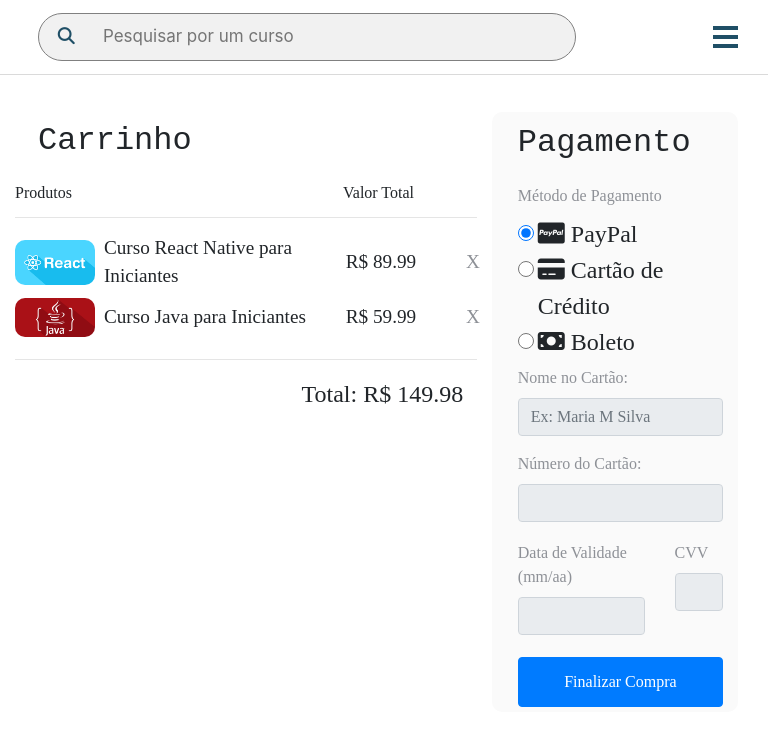
Repository: dudualtmann/Wissen
Page: Projeto Final2/WebContent/checkout.html
These files come from the project's save history. The page is drawn as it stood at one moment and after the next save; the edit follows.
The browser window is 768 px wide. The pictures show the whole page.
Some web fonts or font styles are not loaded; a fallback is used. Some web libraries are served in a nearby version.

Above is the page before, as saved 2021-01-30 06:51:42.

### Projeto Final2/WebContent/checkout.html
<!doctype html>
<html lang="pt-br">
  <head>
    <title>Wissen | Checkout</title>
    <!-- Required meta tags -->
    <meta charset="ISO-8859-1">
    <meta name="viewport" content="width=device-width, initial-scale=1, shrink-to-fit=no">
    <link href="https://fonts.googleapis.com/css2?family=Bree+Serif&display=swap" rel="stylesheet">
    <link href="https://fonts.googleapis.com/css2?family=Big+Shoulders+Inline+Display:wght@600&display=swap" rel="stylesheet">
    <link rel="preconnect" href="https://fonts.gstatic.com">
    <link href="https://fonts.googleapis.com/css2?family=Major+Mono+Display&display=swap" rel="stylesheet">
    <link rel="stylesheet" href="css/style.css">
    <link rel="stylesheet" href="css/checkout.css">
    <script src="https://kit.fontawesome.com/b1b1442df1.js" crossorigin="anonymous"></script>
    <!-- Bootstrap CSS -->
    <link rel="stylesheet" href="https://stackpath.bootstrapcdn.com/bootstrap/4.3.1/css/bootstrap.min.css" integrity="sha384-ggOyR0iXCbMQv3Xipma34MD+dH/1fQ784/j6cY/iJTQUOhcWr7x9JvoRxT2MZw1T" crossorigin="anonymous">
  </head>
  <body>

    <header class="header-wissen">
        <nav class="menu-topo-wissen row">
        <div class="wis-menu col-sm-2">
            <a class="logo-wissen-a" href="index.html" title="Wissen - A Plataforma do Conhecimento">
                <img class="logo-wissen" src="images/labelwissen.png" alt="WISSEN">
            </a>
        </div>

        <nav class="menu-itens col-sm-6">
            <span class="nav-item"><a href="#">Categorias</a></span>
            <span class="span-search">
                <input type="text" placeholder="Pesquisar por um curso">
                <button type="submit"><i class="fa fa-search"></i></button>
            </span>
        </nav>

        <div class="login-box col-sm-4 pr-5">
            <a class="btn-cart" href="#" role="button" ><i class="fas fa-shopping-cart"></i></a>
            <a class="btn-heart" href="#" role="button" ><i class="fas fa-heart"></i></a>
            <a class="btn-cursos" href="#" role="button" >Meus Cursos</a>
            <a href="#"><i class="fas fa-user link-login-wissen login-svg" ></i></a>
        </div>
    </nav>
    <!-- Mobile -->
    <nav class="nav-mobile">


        <span class="span-search">
            <input type="text" placeholder="Pesquisar por um curso">
            <button type="submit"><i class="fa fa-search"></i></button>
        </span>



        <div class="burger">
            <div class="line1"></div>
            <div class="line2"></div>
            <div class="line3"></div>
        </div>

        <ul class="nav-links">
            <li class="nav-li1"><a href="#">Categorias</a></li>
            <li ><a class="btn-cart" href="#" role="button" ><i class="fas fa-shopping-cart"></i></a></li>
            <li ><a class="btn-heart" href="#" role="button" ><i class="fas fa-heart"></i></a></li>
            <li ><a class="btn-cursos" href="#" role="button" >Meus Cursos</a></li>
            <li><a href="#"><i class="fas fa-user link-login-wissen login-svg"></i></a></li>
            <li><a class="logo-wissen-a" href="home.html" title="Wissen - A Plataforma do Conhecimento">
                <img class="logo-wissen" src="images/labelwissen.png" alt="WISSEN">
            </a></li>
        </ul>
    </nav>
    </header>

    <main class="container-fluid">
        <form action="SvCadastroPedido" method="POST">
            <input type="hidden" name="id_cursos" id="id_cursos" value="">
            <input type="hidden" name="total-price" id="total-price" value="">

        <section class="row main-section">

        <div class="col-md-8 left-col">
            <p class="p-title">Carrinho</p>
            <div class="divider">
                <div class="div-products">
                    <div class="row labels">
                        <p class="col-md-8">Produtos</p>
                        <p class="col-md-4">Valor Total</p>
                    </div>
                    <hr>

                    <div class="courses row align-items-center">
                        <div class="col-md-8 item">
                            <img src="images/react.png" alt="">
                            <div class="p-text">Curso React Native para Iniciantes</div>
                        </div>
                        <div class="col-md-3">
                            <div class="p-text">R$ 89.99</div>
                        </div>
                        <div class="col-md-1"><button class="btn-x">X</button></div>
                        <input type="hidden" class="id-curso" value="2">
                    </div>

                    <div class="courses row align-items-center">
                        <div class="col-md-8 item">
                            <img src="images/java.png" alt="">
                            <div class="p-text">Curso Java para Iniciantes</div>
                        </div>
                        <div class="col-md-3">
                            <div class="p-text">R$ 59.99</div>
                        </div>
                        <div class="col-md-1"><button class="btn-x">X</button></div>
                        <input type="hidden" class="id-curso" value="1">
                    </div>

                    <hr>
                    <div class="total">
                        <p class="total-price">Total: R$ <span id="preco-total">149.98</span></p>
                    </div>

                </div>
            </div>
        </div>

        <div class="col-md-4 right-col">
            <p class="p-title">Pagamento</p>
            <div class="div-checkout">
                <label class="l-text">Método de Pagamento</label>
                <div class="form-check">
                    <label class="form-check-label">
                    <input type="radio" class="form-check-input" name="payment-method" id="" value="PayPal" checked>
                    <i class="fab fa-cc-paypal"></i> PayPal
                  </label>
                </div>
                <div class="form-check">
                    <label class="form-check-label">
                    <input type="radio" class="form-check-input" name="payment-method" id="" value="Cartão de Crédito">
                    <i class="fas fa-credit-card"></i> Cartão de Crédito
                  </label>
                </div>
                <div class="form-check">
                    <label class="form-check-label">
                    <input type="radio" class="form-check-input" name="payment-method" id="" value="Boleto">
                    <i class="fas fa-money-bill"></i> Boleto
                  </label>

                </div>
                <div class="form-group first-input">
                    <label class="l-text">Nome no Cartão:</label>
                    <input type="text"
                      class="form-control" name="name" id="" aria-describedby="helpId" placeholder="Ex: Maria M Silva" disabled>
                </div>
                <div class="form-group">
                    <label class="l-text">Número do Cartão:</label>
                    <input type="text"
                      class="form-control" name="name" id="" aria-describedby="helpId" placeholder="" disabled>
                </div>

                <div class="row">
                  <div class="form-group col-md-8">
                    <label class="l-text">Data de Validade (mm/aa)</label>
                    <input type="text"
                        class="form-control" name="" id="" aria-describedby="helpId" placeholder="" disabled>
                  </div>
                  <div class="form-group col-md-4">
                    <label class="l-text">CVV</label>
                    <input type="number"
                        class="form-control" name="" id="" aria-describedby="helpId" placeholder="" disabled>
                  </div>
                </div>

                <input name="" id="" class="btn btn-primary btn-finalizar" type="submit" value="Finalizar Compra">
            </div>
        </div>

    </section>
    </form>
    </main>





    <!-- Optional JavaScript -->

    <script src="https://ajax.googleapis.com/ajax/libs/jquery/3.5.1/jquery.min.js"></script>


    <!-- jQuery first, then Popper.js, then Bootstrap JS -->
    <script src="https://code.jquery.com/jquery-3.3.1.slim.min.js" integrity="sha384-q8i/X+965DzO0rT7abK41JStQIAqVgRVzpbzo5smXKp4YfRvH+8abtTE1Pi6jizo" crossorigin="anonymous"></script>
    <script src="https://cdnjs.cloudflare.com/ajax/libs/popper.js/1.14.7/umd/popper.min.js" integrity="sha384-UO2eT0CpHqdSJQ6hJty5KVphtPhzWj9WO1clHTMGa3JDZwrnQq4sF86dIHNDz0W1" crossorigin="anonymous"></script>
    <script src="https://stackpath.bootstrapcdn.com/bootstrap/4.3.1/js/bootstrap.min.js" integrity="sha384-JjSmVgyd0p3pXB1rRibZUAYoIIy6OrQ6VrjIEaFf/nJGzIxFDsf4x0xIM+B07jRM" crossorigin="anonymous"></script>
    <script src="js/nav.js"></script>
    <script src="js/checkout.js"></script>

  </body>
</html>

### Projeto Final2/WebContent/css/style.css
/* style.css */

/* --- Header ---- */

.menu-topo-wissen{
    width: 100%;
}

.logo-wissen{
    margin-left: 25px;
    width: 170px;
}

.header-wissen{
    height: 75px;
    position: fixed;
    top: 0;
    z-index: 120;
    background-color: #fff;
    width: 100%;
    display: flex;
    align-items: center;
    padding: 0;
    border-bottom: 1px solid #dadada;
    box-sizing: border-box;
}

.login-box{
    display: flex;
    flex: 0 0 auto;
    align-items: center;
    justify-content: flex-end;
}

.login-svg{
    width: 30px;
}

.btn-cadastrar{
    background: #D9E7EE;
    right: 25px;
    color: #1F4F66;
    top: 18px;
    padding: 13px 20px;
    border-radius: 26px;
    font-weight: 600;
    margin-right: 10px;
    cursor: pointer;
    text-decoration: none;
}

.menu-itens{
    display: flex;
    justify-content: flex-start;
    align-items: center;
    font-family: 'Bree Serif', serif;
}

.menu-itens span a{
    text-decoration: none;
    color: #1F4F66;
    font-size: 1.4rem;
}

.menu-itens span a:hover{
    color: #1f50669a;
}

.nav-item{
    margin-left: 5%;
}

.burger{
    display: none;
}

.burger div{
    width: 25px;
    height: 4px;
    background-color:  #1F4F66;
    margin: 5px;
}

.nav-links{
    font-family: 'Bree Serif', serif;
    list-style: none;
    color: #1F4F66;
    font-size: 1.4rem;
    display: none;
}

.nav-links a{
    color: #1F4F66;
    text-decoration: none;
}

.nav-links a:hover{
    color: #1f50669a;
    text-decoration: none;
}

.nav-mobile{
    display: none;
}

/* CSS da NAV de quanto está logado */

.btn-cart{
    color: #1F4F66;
    font-size: 25px;
    padding: 13px 20px;

}

.btn-heart{
    color: #1F4F66;
    font-size: 25px;
    padding: 13px 20px;
    border-radius: 26px;
    margin-right: 20px;
}

.login-box a:hover{
    color:  #1f50669a;
}

.span-search {
    border: 1px solid grey;
    background: #f1f1f1;
    border-radius: 25px;
    width: 100%;
    margin-left: 5%;
}

.span-search input{
    padding: 10px;
    font-size: 17px;
    border: none;
    width: 90%;
    background: transparent;
    outline: none;
}

.span-search button {
    width: 10%;
    padding: 10px;
    float: left;
    background-color: transparent;
    border: none;
    text-decoration: none;
    color: #1F4F66;
    font-size: 17px;
    border-left: none; /* Prevent double borders */
    cursor: pointer;
}

.btn-cursos{
    font-family: 'Bree Serif', serif;
    text-decoration: none;
    color: #1F4F66;
    font-size: 1.4rem;
    margin-right: 5%;
}

.btn-cursos:hover{
    text-decoration: none;
    color:  #1f50669a;
}

.login-svg{
    color: #1F4F66; font-size: 30px;

}

.cart-number{
    position: absolute;
    text-align: center;
    font-family: 'Bree Serif', serif;
    top: 15px;
    right: 327px;
    background-color: red;
    width: 20px;
    border-radius: 80%;
}

/* Footer */

.footer-wissen{
    width: 100vw;
    background-color: rgb(241, 241, 241);
}

.footer-slogan h1{
    color: black;
    font-family: 'Bree Serif', serif;
    font-size: 24px;
    font-weight: 600;
    line-height: 1.88;
}

.copyright p{
    color:  rgba(121, 121, 121, 0.7);
    font-family: Inter;
    font-size: 1.3rem;
    font-weight: 300;
}



@media screen and (max-width:848px){

    .nav-mobile{
        display: flex;
        justify-content: space-around;
        align-items: center;
    }

    .wis-menu{
        position: absolute;
        left: 0;
    }

    .menu-topo-wissen .wis-menu,.menu-topo-wissen .menu-itens, .menu-topo-wissen .login-box{
        display: none;
    }

    .burger{
        display: block;
        margin-right: 25px;
        cursor: pointer;
    }

    .nav-links{
        display: flex;
        position: absolute;
        right: 0px;
        height: 110vh;
        top: 75px;
        background-color:#fff;
        flex-direction: column;
        align-items: center;
        width: 100%;
        transition: transform 0.5s ease-in;
        transform: translateX(100%);
    }

    .nav-links li{
        padding: 20px;
        opacity: 0;
    }

    .nav-li1{
        margin-top: 20px;
    }

    .login-box{
        margin-left: 40%;
    }

    .span-search input{
        width: 80%;
    }

    .span-search{
        width: 70%;
        position: absolute;
        left: 0;
    }

    .btn-heart{
        margin-right: 0;
    }

    .btn-cursos{
        margin-right: 0;
    }



}

.nav-active{
    transform: translateX(0%);
}

@keyframes navLinkFade{
    from{
        opacity: 0;
        transform: translateX(50px);
    }
    to{
        opacity: 1;
        transform: translateX(0px);
    }
}

### Projeto Final2/WebContent/css/checkout.css
/* checkout.css */

*{
    margin: 0px;
    padding: 0px;
    box-sizing: border-box;
    text-decoration: none;

}

.main-section{
    margin-top: 75px;
    width: 100%;
    height: 100%;
}

.p-title{
    margin-top: 1%;
    font-size: 2.0rem;
    margin-left: 5%;
    font-family: 'Major Mono Display', monospace;
}

.left-col,.right-col{
    margin-top: 5%;
    height: 600px;
}

/* Left-col */

.div-products{
    font-family: 'Bree Serif', serif;
    width: 85%;
}

.labels{
    height: 20px;
}

.divider{
    width: 100%;
    margin-top: 3%;
    display: flex;
    justify-content: center;
}

.courses{
    margin-top: 2%;
    height: 50px;
}

.btn-x{
    background-color: #FFFFFF;
    border: none;
    width: 100%;
    font-size: 1.2rem;
    color: #8E9197;
}

.btn-x:hover{
    color: #c4c4c5;
}

.p-text{
    font-size: 1.2rem;
    margin-left: 3%;
}

.item{
    display: flex;
    align-items: center;
}

.item img{
    width: 80px;
    border-radius: 10px;
}

.total{
    display: flex;
    width: 100%;
    justify-content: flex-end;
}

.total-price{
    margin-right: 3%;
    font-size: 1.5rem;
}

/* Right-col */

.right-col{
    background-color: #FAFAFA;
    padding: 5px;
    border-radius: 10px;
}

.div-checkout{
    margin-top: 8%;
    margin-left: 5%;
    font-family: 'Bree Serif', serif;
}

.l-text{
    font-family: 'Bree Serif', serif;
    font-size: 1.0rem;
    color: #8E9197;
}

.form-check-label{
    font-size: 1.5rem;
}

.form-check-input{
    height: 1.5rem;
    width: 1rem;
}

.form-group{
    margin-top: 1%;
}

.first-input{
    margin-top: 3%;
}

.btn-finalizar{
    margin-top: 3%;
    width: 100%;
    height: 50px;
}

@media screen and (max-width: 768px){
	.div-products{
    width: 100%;
}
	}

### Projeto Final2/WebContent/js/nav.js
// nav.js
const navSlide = () =>{
    const burger = $('.burger').get(0);
    const nav = $('.nav-links').get(0);
    const navLinks = document.querySelectorAll('.nav-links li');
    const navLinks2 = $('nav-links li');


    burger.addEventListener('click', () => {
        // Toggle Nav
        nav.classList.toggle('nav-active');
        // Animated Links
        navLinks.forEach((link,index) => {
        if(link.style.animation){
            link.style.animation = '';
        }
        else{
            link.style.animation =  `navLinkFade 0.5s ease forwards ${index/5+0.5}s`;
        }

    });
    });

    $(document).on('click', '.nav-links li a', function(){
        // Toggle Nav
        nav.classList.toggle('nav-active');
        // Animated Links
        navLinks.forEach((link,index) => {
        if(link.style.animation){
            link.style.animation = '';
        }
        else{
            link.style.animation =  `navLinkFade 0.5s ease forwards ${index/5+0.5}s`;
        }

    });
    })





}

navSlide();

### Projeto Final2/WebContent/js/checkout.js
// checkout.js

$(document).ready(function(){
    var divCursos = $(".id-curso");
    let idCursos = "";



    for(i = 0; i < divCursos.length;i++){
        if(divCursos.eq(i).val() != undefined){
            if(i >= 1)
            idCursos += "," + divCursos.eq(i).val();
            else
            idCursos = divCursos.eq(0).val();
        }

    }

$('#id_cursos').val(idCursos);

$('#total-price').val($('#preco-total').text());

})

var carrinho = $('.cart-number').text();

$(document).on('click', '.btn-x', function() {
    let id = $(this).parent().parent().find("input").val();
    let parentDiv = $(this).parent().parent();
    let coursePrice = $(this).parent().parent().find(".col-md-3 .p-text .course-price").text();
    $.ajax({url:"SvRemoveCarrinho", data: {idCurso:id},type: "post", success: function(responseText) {
        if(responseText == "ok"){
            // Curso removido do carrinho com sucesso
            carrinho -= 1;
            $('.cart-number').text(carrinho).show();

            console.log(coursePrice + " Course-price");
            let totalPrice = $('#total-price').val();
            console.log(totalPrice + " total price");
            totalPrice -= coursePrice;
            $('#total-price').val(totalPrice);
            $('#preco-total').text(totalPrice)
            parentDiv.remove();
        } else{
            // Erro ao adicionar curso no carrinho
            alert('erro: '+responseText);
        }

    }});
});

$(document).on('change', "#credit-card",function(){
	if($(this).prop("checked")){
		$('.card-info').prop("disabled",false);
	}
});

$(document).on('change', '#paypal, #boleto',function(){
	if($(this).prop("checked")){
		$('.card-info').prop("disabled",true);
	}
});

After the next save:
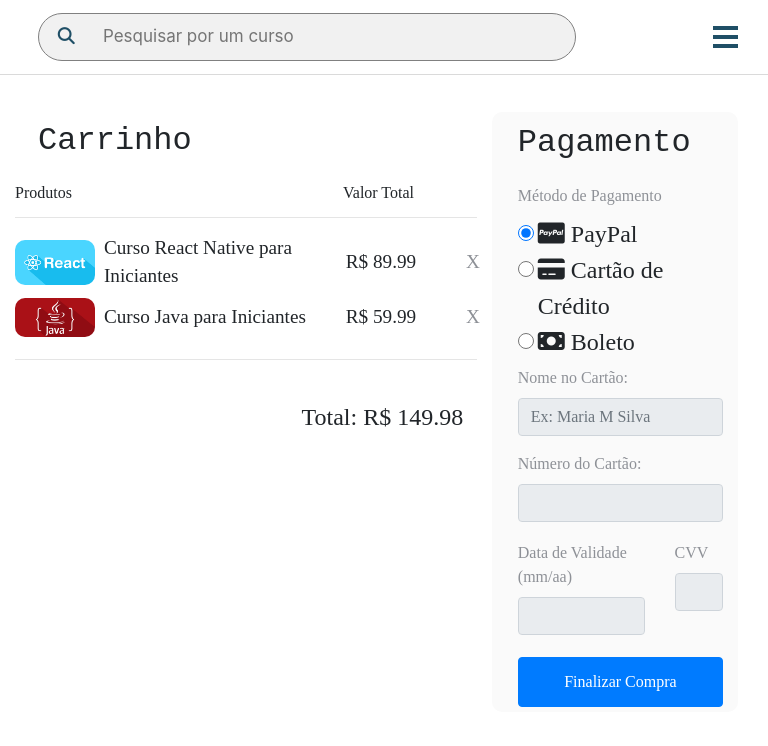
Saved 28 s later.
--- a/Projeto Final2/WebContent/css/checkout.css
+++ b/Projeto Final2/WebContent/css/checkout.css
@@ -134,4 +134,8 @@
 	.div-products{
     width: 100%;
 }
+
+.total-price{
+	margin-top: 5%;
+}
 	}
